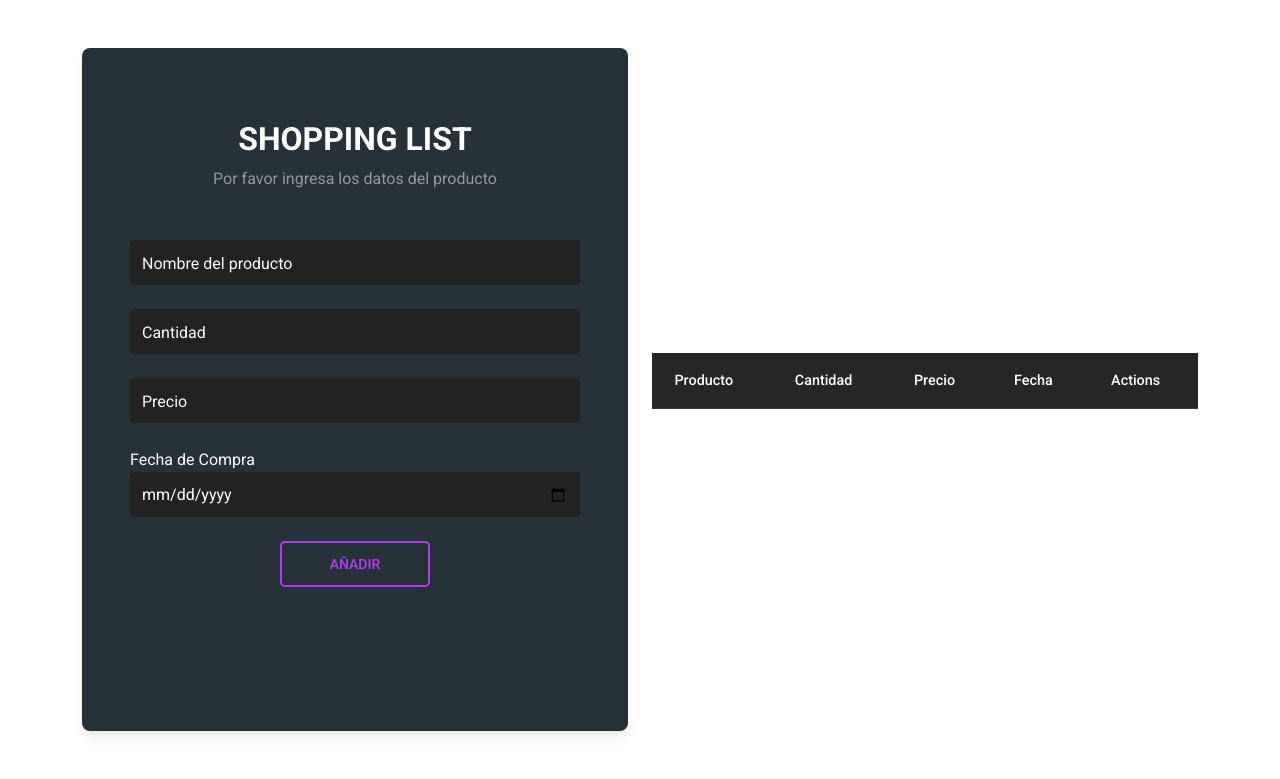
Repository: JsSousa/crudJs
Page: index.html
An editor plug-in stored every save of this project. The page is shown before and after the next save, followed by the edit.
The browser window is 1280 px wide. The pictures show the whole page.
Some web libraries are served in a nearby version.

Above is the page before, as saved 2021-10-12 19:12:41.

After the next save:
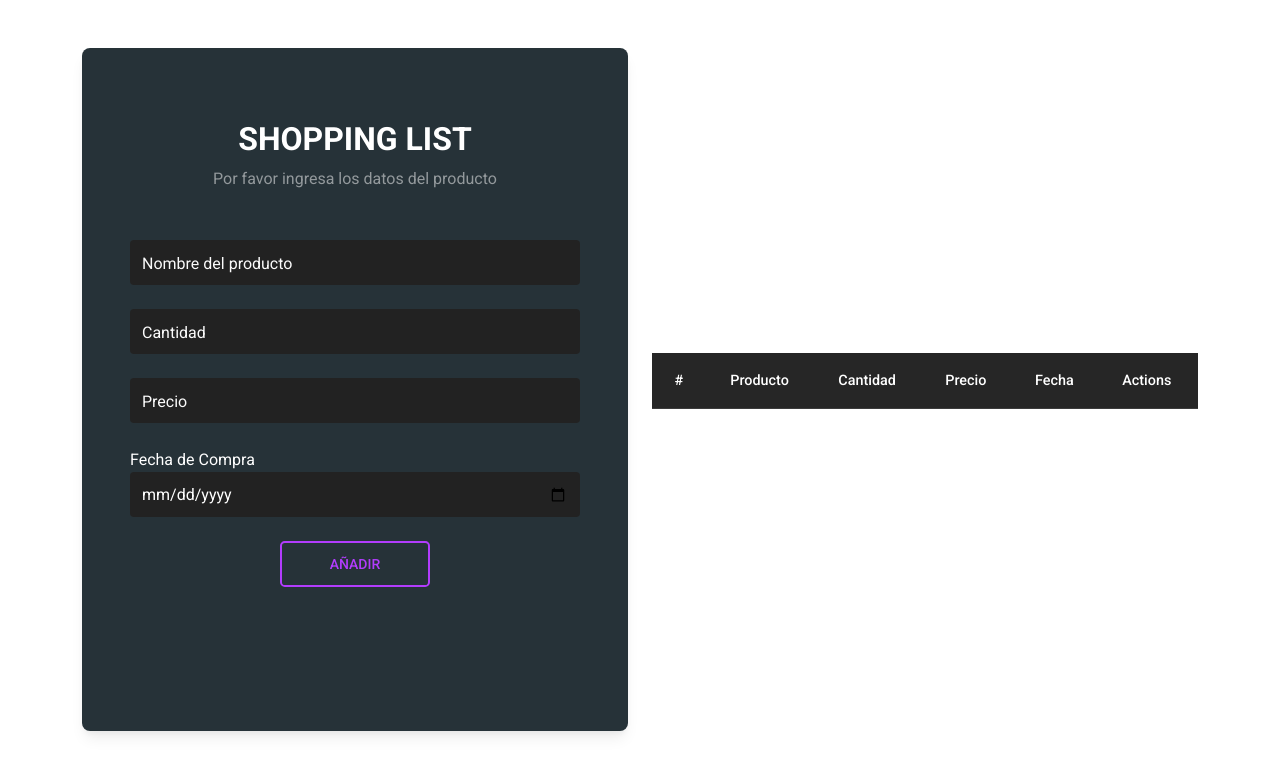
Saved 14 s later.
--- a/index.html
+++ b/index.html
@@ -65,6 +65,7 @@
                         <table class="table table-striped table-hover">
                             <thead class="table-dark">
                                 <tr>
+                                    <th>#</th>
                                     <th>Producto</th>
                                     <th>Cantidad</th>
                                     <th>Precio</th>
